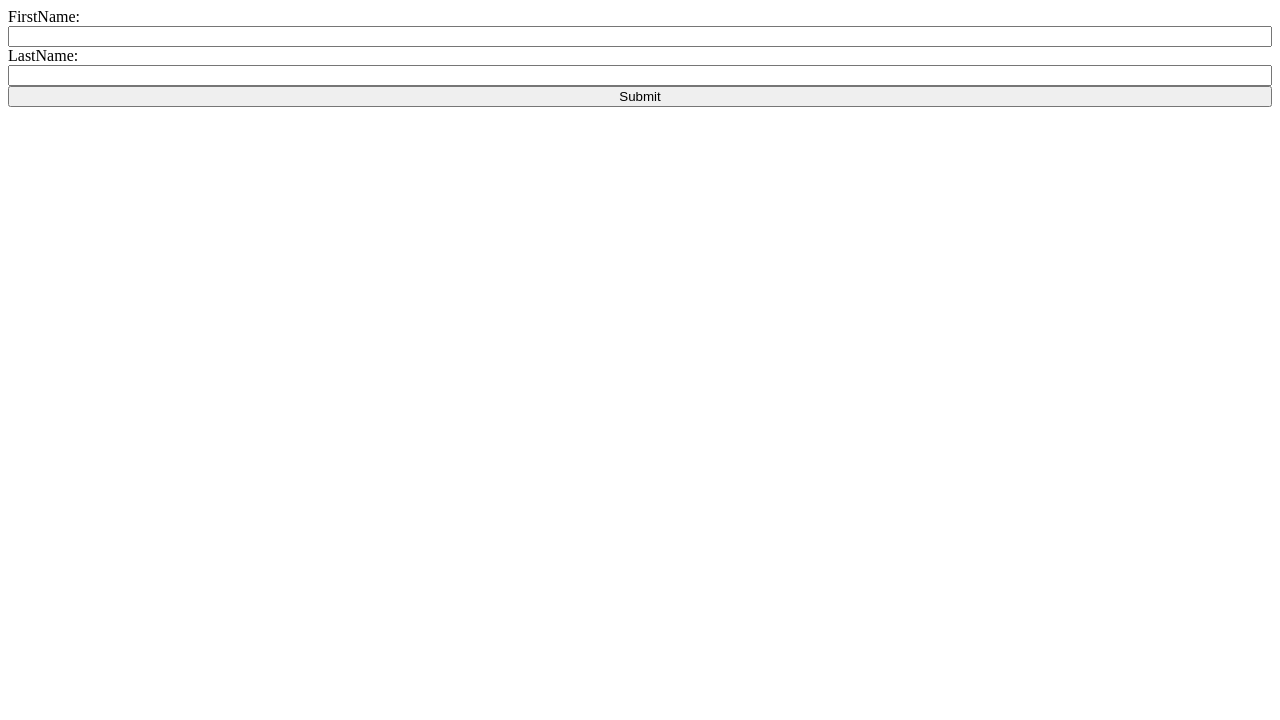
Repository: Vijay-aura/Wicket
Page: wicket-practice/src/main/java/com/form/InputFieldsPage.html
An editor plug-in stored every save of this project. The page is shown before and after the next save, followed by the edit.
The browser window is 1280 px wide. The pictures show the whole page.

Above is the page before, as saved 2024-03-04 12:41:34.

After the next save:
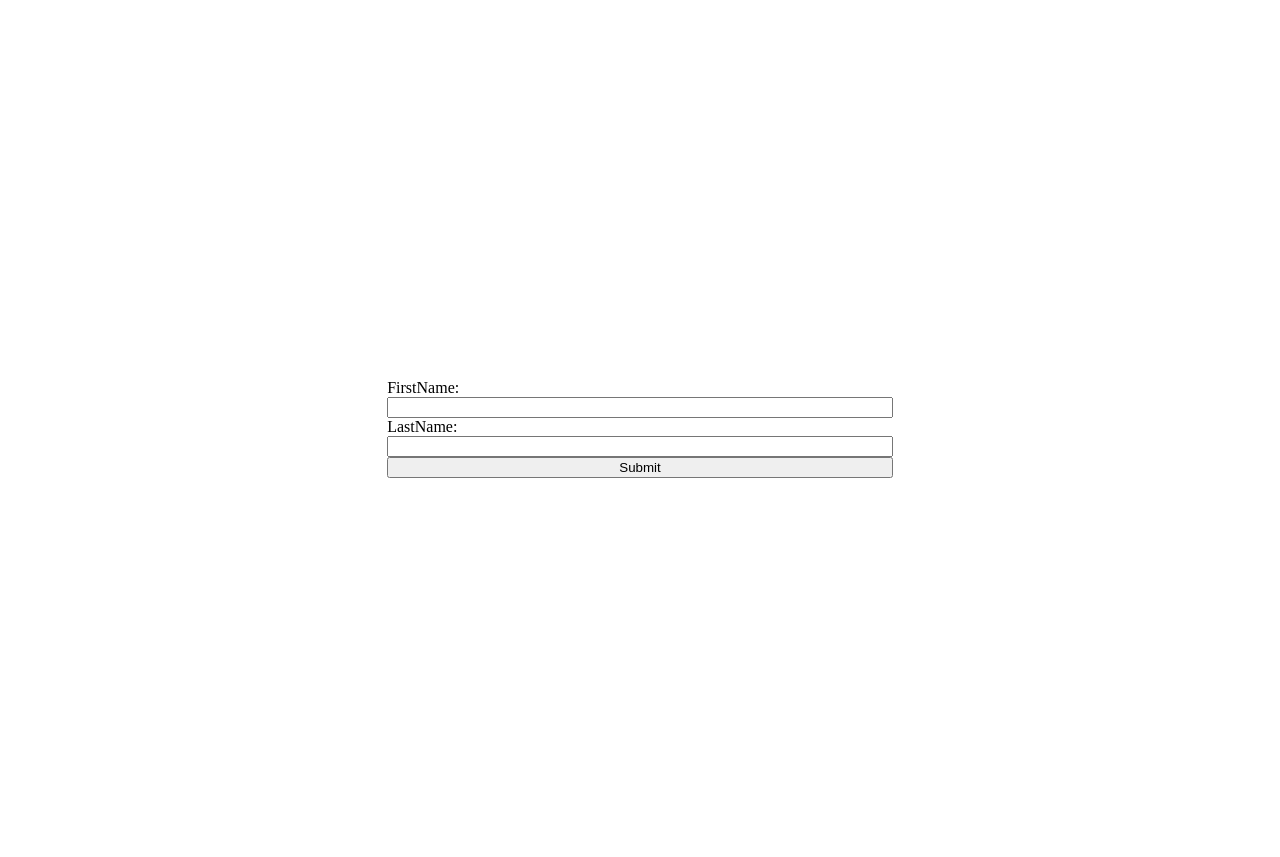
Saved 42 s later.
--- a/wicket-practice/src/main/java/com/form/InputFieldsPage.html
+++ b/wicket-practice/src/main/java/com/form/InputFieldsPage.html
@@ -9,6 +9,7 @@
 .form {
 	display: flex;
 	flex-direction: column;
+	margin:30%;
 }
 </style>
 </wicket:head>
